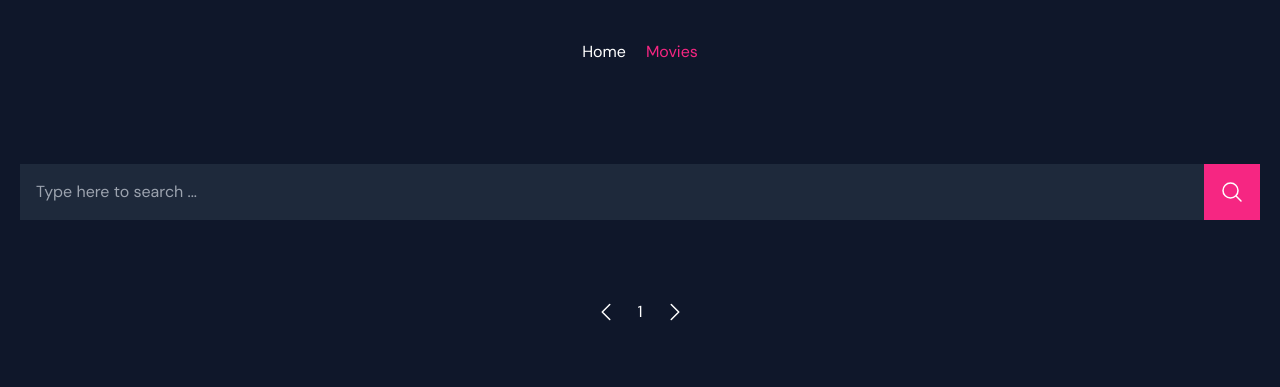
Repository: phamthiendong/project
Page: /movies
An editor plug-in stored every save of this project. The page is shown before and after the next save, followed by the edit.
The browser window is 1280 px wide. The pictures show the whole page.
The page's requests for data from a server got no answer. The project was rebuilt for these pictures with package versions that can differ from the ones it lists, and the page was loaded fresh each time. No one was signed in, and anything a server would have sent is missing. Also part of the build but not shown: vite.config.js, src/components/movie/MovieCard.jsx, src/components/movie/MovieList.jsx, src/pages/Homepage.jsx, src/components/banner/Banner.jsx, src/pages/MovieDetaills.jsx.

Above is the page before, as saved 2025-03-24 15:39:18.

After the next save:
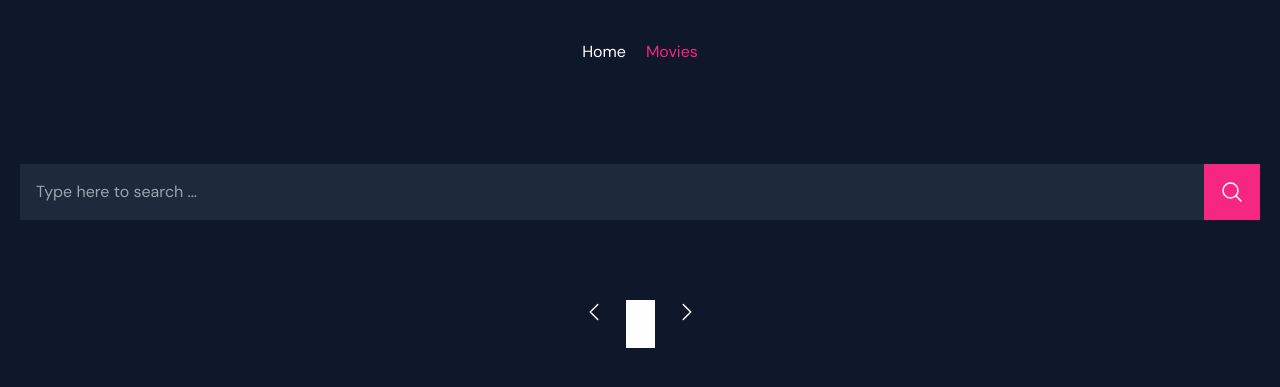
Saved 14 s later.
--- a/src/pages/MoviePage.jsx
+++ b/src/pages/MoviePage.jsx
@@ -85,7 +85,7 @@ const MoviePage = () => {
             />
           </svg>
         </span>
-        <span className="cursor-pointer">1</span>
+        <span className="cursor-pointer inline-block p-3 bg-white">1</span>
         <span>
           <svg
             xmlns="http://www.w3.org/2000/svg"
